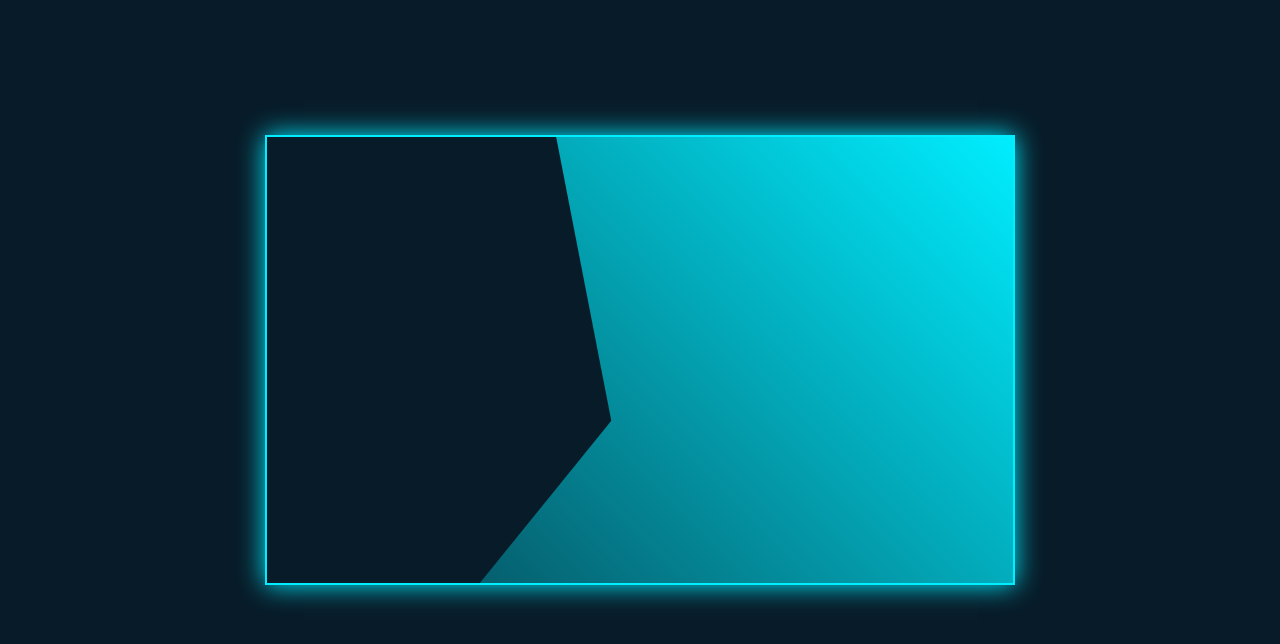
Repository: swastikjhacoder/Login-Registration-HTML
Page: index.html
These files come from the project's save history. The page is drawn as it stood at one moment and after the next save; the edit follows.
The browser window is 1280 px wide. The pictures show the whole page.

Above is the page before, as saved 2023-09-18 15:54:27.
Not found: js/toastify.js

### index.html
<!DOCTYPE html>
<html lang="en">
  <head>
    <meta charset="UTF-8" />
    <meta http-equiv="X-UA-Compatible" content="IE=edge" />
    <meta name="viewport" content="width=device-width, initial-scale=1.0" />
    <title>Login</title>
    <link rel="shortcut icon" href="./images/favicon.png" />
    <link rel="stylesheet" href="style.css" />
    <link href='https://unpkg.com/boxicons@2.1.4/css/boxicons.min.css' rel='stylesheet'>
    <script src="./js/toastify.js"></script>
  </head>
  <body>
    <div class="wrapper">
        <span class="bg-animate1"></span>
        <span class="bg-animate2"></span>
        <div class="form-box login">
            <h2>Login</h2>
            <form action="#">
                <div class="input-box">
                    <input type="text" required/>
                    <label>Username</label>
                    <i class='bx bxs-user'></i>
                </div>
                <div class="input-box">
                    <input type="password" required/>
                    <label>Password</label>
                    <i class='bx bxs-lock-alt' ></i>
                </div>
                <button type="submit" class="btn">Login</button>
                <div class="logreg-link">
                    <p>Don't have an account? <a href="#" class="register-link">Sign Up</a></p>
                </div>
            </form>
        </div>
        <div class="info-text login">
            <h2>Welcome Back!</h2>
            <p>Lorem ipsum dolor sit amet consectetur adipisicing elit. Veritatis, itaque.</p>
        </div>
    </div>

  </body>
</html>

### style.css
@import url('https://fonts.googleapis.com/css2?family=Poppins:ital,wght@0,100;0,200;0,300;0,400;0,500;0,600;0,700;0,800;0,900;1,400&display=swap');

* {
    margin: 0;
    padding: 0;
    box-sizing: border-box;
    font-family: 'Poppins', sans-serif;
}

body {
    display: flex;
    justify-content: center;
    align-items: center;
    min-height: 100vh;
    background: #081b29;
}

.wrapper {
    position: relative;
    width: 750px;
    height: 450px;
    background: transparent;
    border: 2px solid #0ef;
    box-shadow: 0 0 25px #0ef;
    overflow: hidden;
}

.wrapper .form-box {
    position: absolute;
    top: 0;
    width: 50%;
    height: 100%;
    display: flex;
    flex-direction: column;
    justify-content: center;
}

.wrapper .form-box.login {
    left: 0;
    padding: 0 60px 0 40px;
    display: none;
}

.form-box h2 {
    font-size: 32px;
    color: #fff;
    text-align: center;
}

.form-box .input-box {
    position: relative;
    width: 100%;
    height: 50px;
    margin: 25px 0;
}

.input-box input {
    width: 100%;
    height: 100%;
    background: transparent;
    border: none;
    outline: none;
    border-bottom: 2px solid #fff;
    padding-right: 23px;
    font-size: 16px;
    color: #fff;
    font-weight: 500;
    transition: .5s;
}

.input-box input:focus,
.input-box input:valid {
    border-bottom-color: #0ef;
}

.input-box label {
    position: absolute;
    top: 50%;
    left: 0;
    transform: translateY(-50%);
    font-size: 16px;
    color: #fff;
    pointer-events: none;
    transition: .5s;
}

.input-box input:focus~label,
.input-box input:valid~label {
    top: -5px;
    color: #0ef
}

.input-box i {
    position: absolute;
    top: 50%;
    right: 0;
    transform: translateY(-50%);
    font-size: 18px;
    color: #fff;
    transition: .5s;
}

.input-box input:focus~i,
.input-box input:valid~i {
    color: #0ef
}

.btn {
    position: relative;
    width: 100%;
    height: 45px;
    background: transparent;
    border: 2px solid #0ef;
    outline: none;
    border-radius: 40px;
    cursor: pointer;
    font-size: 16px;
    color: #fff;
    font-weight: 600;
    z-index: 1;
    overflow: hidden;
}

.btn::before {
    content: '';
    position: absolute;
    top: -100%;
    left: 0;
    width: 100%;
    height: 300%;
    background: linear-gradient(#081b29, #0ef, #081b29, #0ef);
    z-index: -1;
    transition: .5s;
}

.btn:hover::before {
    top: 0;
}

.form-box .logreg-link {
    font-size: 14.5px;
    color: #fff;
    text-align: center;
    margin: 20px 0 10px;
}

.logreg-link p a {
    color: #0ef;
    text-decoration: none;
    font-weight: 600;
}

.logreg-link p a:hover {
    text-decoration: underline;
}

.wrapper .info-text {
    position: absolute;
    top: 0;
    width: 50%;
    height: 100%;
    display: flex;
    flex-direction: column;
    justify-content: center;
}

.wrapper .info-text.login {
    right: 0;
    text-align: right;
    padding: 0 40px 60px 150px;
    display: none;
}

.info-text h2 {
    font-size: 36px;
    color: #fff;
    line-height: 1.3;
    text-transform: uppercase;
}

.info-text p {
    font-size: 16px;
    color: #fff;
}

.wrapper .bg-animate1 {
    position: absolute;
    top: -4px;
    right: 0;
    width: 850px;
    height: 600px;
    background: linear-gradient(45deg, #081b29, #0ef);
    border-bottom: 3px solid #0ef;
    /* transform: rotate(10deg) skewY(40deg); */
    transform: rotate(0) skewY(0);
    transform-origin: bottom right;
}

.wrapper .bg-animate2 {
    position: absolute;
    top: 100%;
    right: 250px;
    width: 850px;
    height: 700px;
    background: #081b29;
    border-top: 3px solid #0ef;
    transform: rotate(-11deg) skewY(-40deg);
    transform-origin: bottom left;
}

After the next save:
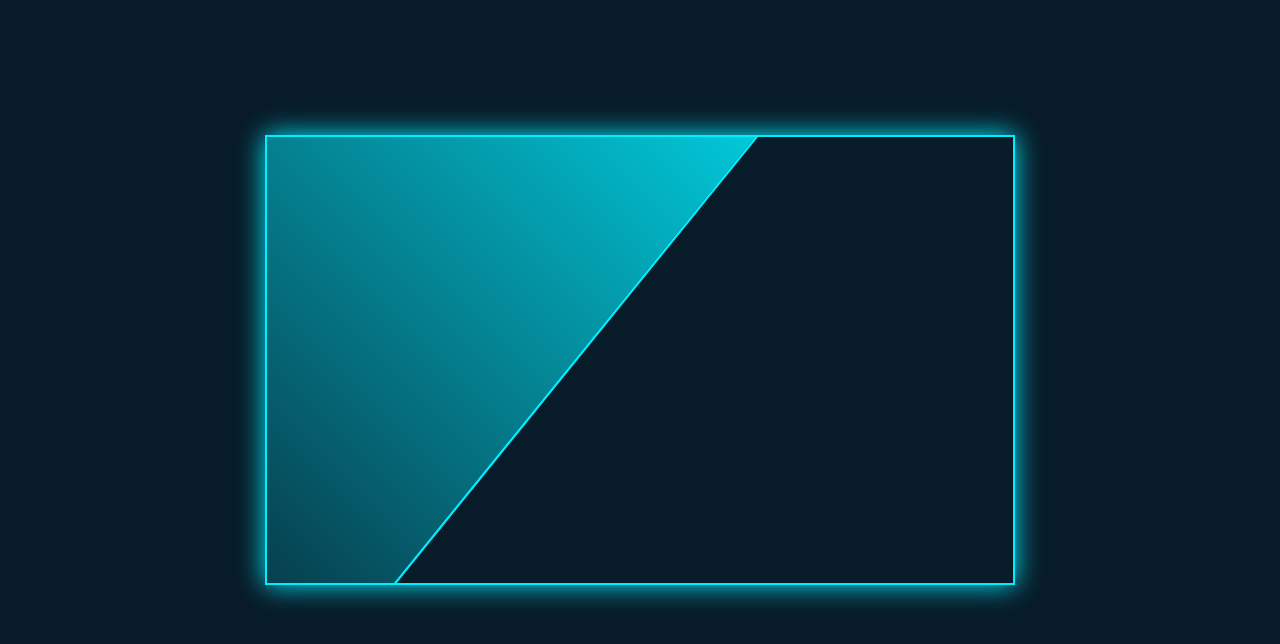
Saved 11 s later.
--- a/style.css
+++ b/style.css
@@ -199,7 +199,7 @@ body {
 .wrapper .bg-animate2 {
     position: absolute;
     top: 100%;
-    right: 250px;
+    left: 250px;
     width: 850px;
     height: 700px;
     background: #081b29;
